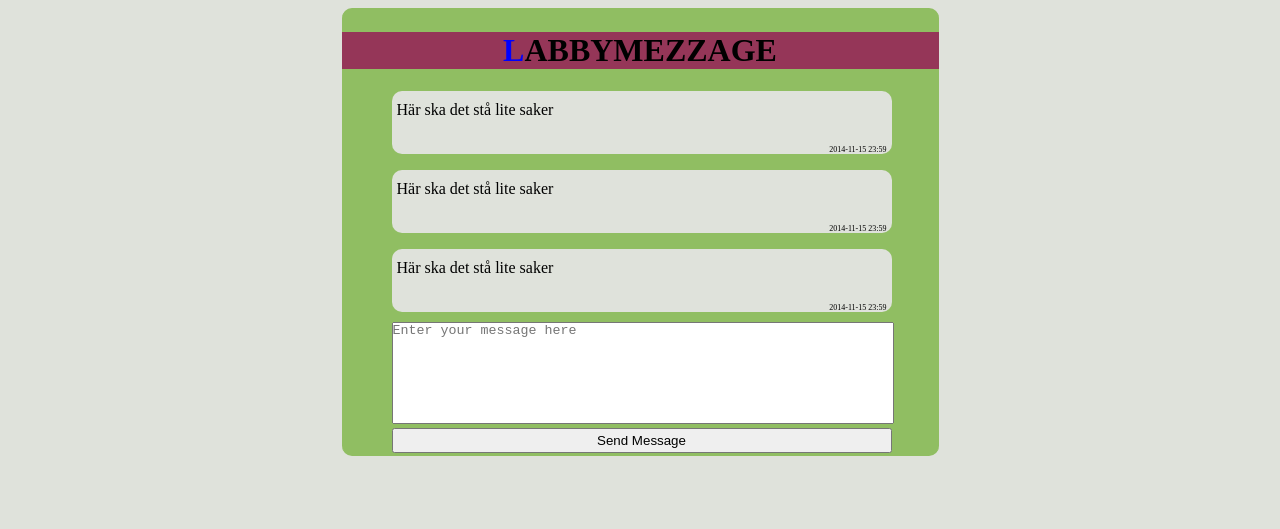
Repository: vr222bt/1dv403-laborationer
Page: 2-labbymezzage/index.html
The author's editor kept a record of every edit. The page is drawn from the files as they stood at one moment, then again after the next edit.
The browser window is 1280 px wide. The pictures show the whole page.

Above is the page before.

After the next edit:
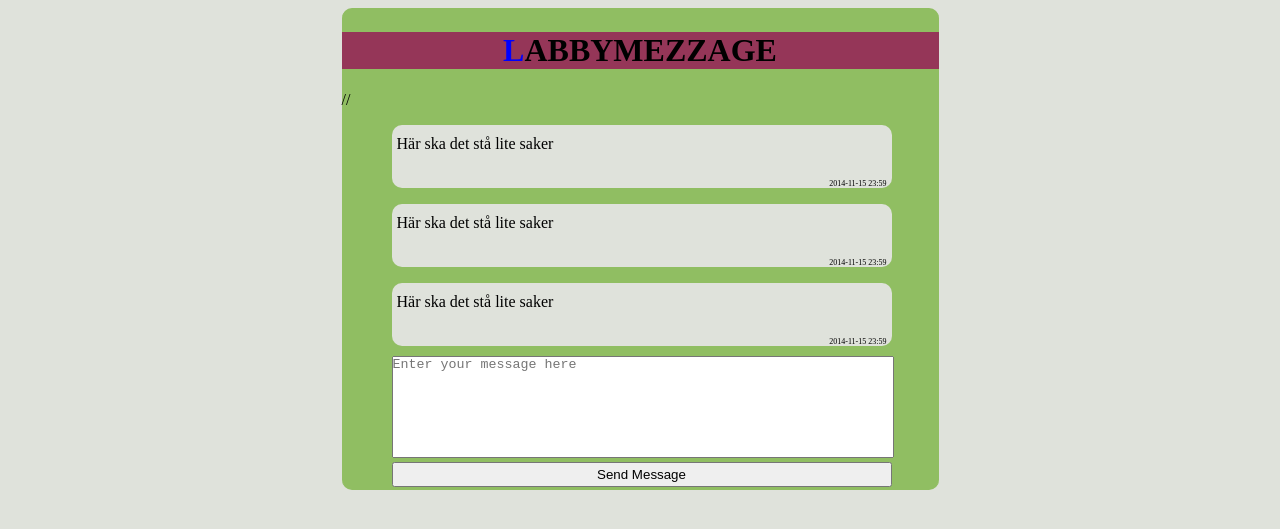
The edit:
--- a/2-labbymezzage/index.html
+++ b/2-labbymezzage/index.html
@@ -12,7 +12,7 @@
             </header>
             <main>
                 <div id="messages">
-
+                    //
                     <div class="message">
                         <p>Här ska det stå lite saker</p>
                         <footer>
